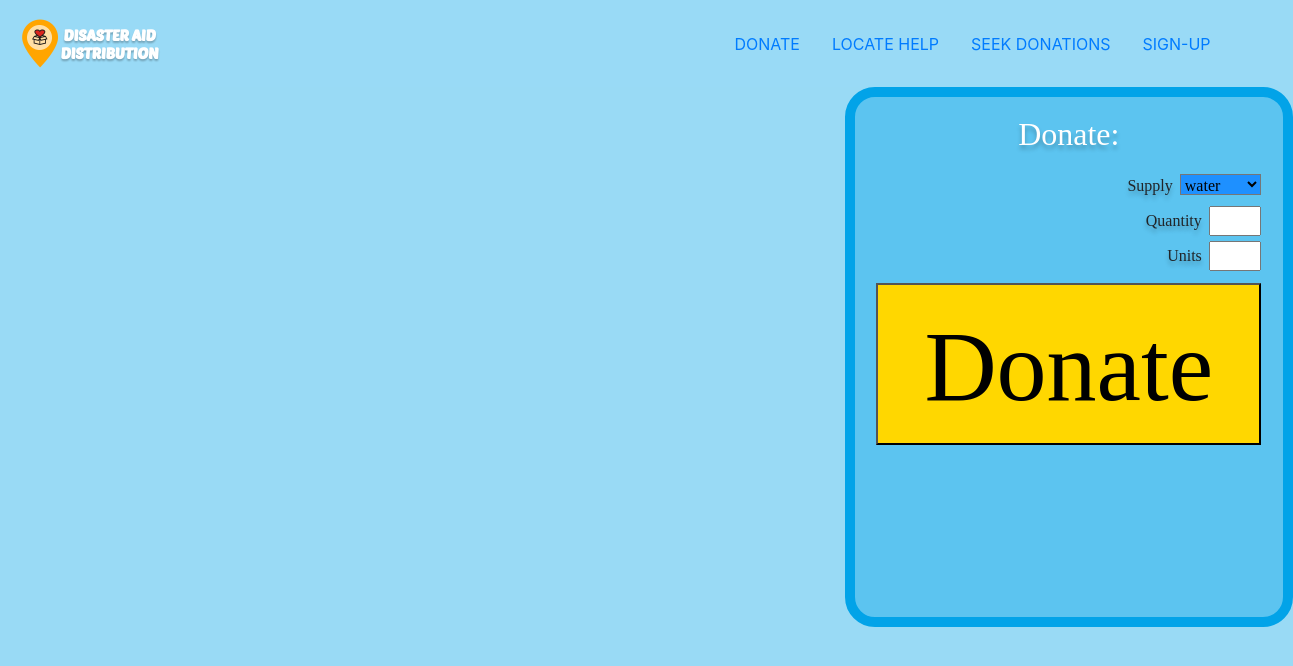
Repository: uprm-inso-4115-2019-2020-S2/semester-project-inso4115-DisasterAid-backend
Page: /donate-modal (app in disaster-aid/)
An editor plug-in stored every save of this project. The page is shown before and after the next save, followed by the edit.
The browser window is 1280 px wide. The page is 1293 px wide, then 1280 px, so the pictures cover 1293 px, including what lies to the right of the window. The pictures show the whole page.
The project was rebuilt for these pictures with package versions that can differ from the ones it lists, and the page was loaded fresh each time. Also part of the build but not shown: disaster-aid/angular.json, disaster-aid/src/app/login/login.component.ts, disaster-aid/src/app/register/register.component.ts, disaster-aid/src/app/home/home.component.ts, disaster-aid/src/app/landing-page/landing-page.component.ts, disaster-aid/src/app/donations/donations.component.ts, disaster-aid/src/app/donations.service.ts.

Above is the page before, as saved 2020-05-09 02:00:43.

### disaster-aid/src/index.html
<!doctype html>
<html lang="en">
<head>
  <meta charset="utf-8">
  <title>DisasterAid</title>
  <base href="/">
  <meta name="viewport" content="width=device-width, initial-scale=1">
  <link rel="icon" type="image/x-icon" href="favicon.ico">
</head>
<body>
  <app-root></app-root>
</body>
</html>

### disaster-aid/src/styles.css
/* You can add global styles to this file, and also import other style files */

html { background-color:rgba(2, 163, 232, 0.4); }

### disaster-aid/src/app/app.module.ts
import { BrowserModule } from '@angular/platform-browser';
import { NgModule } from '@angular/core';
import { FormsModule, ReactiveFormsModule } from '@angular/forms';



import { AppRoutingModule } from './app-routing.module';
import { AppComponent } from './app.component';
import { RegisterComponent } from './register/register.component';
import { LoginComponent } from './login/login.component';
import { HttpClientModule } from '@angular/common/http';
import { HomeComponent } from './home/home.component'
import { UserApiService } from './userapi.service';
import { LandingPageComponent } from './landing-page/landing-page.component';
import { DonationsComponent } from './donations/donations.component';
import { DonateModalComponent } from './donate-modal/donate-modal.component';


@NgModule({
  declarations: [
    AppComponent,
    RegisterComponent,
    LoginComponent,
    HomeComponent,
    LandingPageComponent,
    DonationsComponent,
    DonateModalComponent,
  ],
  imports: [
    BrowserModule,
    AppRoutingModule,
    FormsModule,
    ReactiveFormsModule,
    HttpClientModule
  ],
  providers: [UserApiService],
  bootstrap: [AppComponent]
})
export class AppModule { }

### disaster-aid/src/app/app-routing.module.ts
import { NgModule } from '@angular/core';
import { Routes, RouterModule } from '@angular/router';
import {LoginComponent} from './login/login.component';
import { RegisterComponent } from './register/register.component';
import { HomeComponent } from './home/home.component';
import { LandingPageComponent } from './landing-page/landing-page.component';
import { DonationsComponent } from './donations/donations.component';
import { DonateModalComponent} from './donate-modal/donate-modal.component';


const routes: Routes = [
  { path: '', redirectTo: '/landing_page', pathMatch: 'full'}, //Make home the default landing page
  { path: 'register', component: RegisterComponent},
  { path: 'login', component: LoginComponent },
  { path: 'home', component: HomeComponent},
  { path: 'landing_page', component: LandingPageComponent },
  { path: 'my-donations', component: DonationsComponent },
  { path: 'donate-modal', component: DonateModalComponent},

];

@NgModule({
  imports: [RouterModule.forRoot(routes)],
  exports: [RouterModule]
})
export class AppRoutingModule { }

### disaster-aid/src/app/app.component.ts
import { Component } from '@angular/core';

@Component({
  selector: 'app-root',
  templateUrl: './app.component.html',
  styleUrls: ['./app.component.css']
})
export class AppComponent {
  title = 'disaster-aid';
}

### disaster-aid/src/app/userapi.service.ts
import { Injectable } from '@angular/core';
import { HttpClient, HttpErrorResponse, HttpHeaders } from '@angular/common/http';
import { User } from './user';
import { Observable, throwError } from 'rxjs';
import { catchError } from 'rxjs/operators';


@Injectable({
  providedIn: 'root'
})
export class UserApiService {

  constructor(private httpClient:HttpClient) { }

  private _handleError(error: HttpErrorResponse | any) {
    let data = {};
                data = {
                    reason: error && error.error.reason ? error.error.reason : '',
                    status: error.status
                };
                console.error(data);
                return throwError(error);
  }

    public server:String = " http://localhost:5000/";

   public getUsers() : Observable<User[]> {
     return this.httpClient
     .get<User[]>(this.server + "DAD/users")
     .pipe(catchError (this._handleError));
   }

   public getUser(userID : String): Observable<User> {
    return this.httpClient
    .get<User>(this.server + `DAD/users/${userID}`)
    .pipe(catchError (this._handleError));
  }

  public createUser(user: User): Observable<any> {

    const httpOptions = {
      headers: new HttpHeaders ({
        'Content-Type':'application/json',
        'Accept': 'application/json'
      })
    };
    return this.httpClient
    .post(this.server + "DAD/users", user, httpOptions)
    .pipe(catchError (this._handleError));;
  }


}

### disaster-aid/src/app/donate-modal/donate-modal.component.ts
import { Component, OnInit } from '@angular/core';

@Component({
  selector: 'app-donate-modal',
  templateUrl: './donate-modal.component.html',
  styleUrls: ['./donate-modal.component.css']
})
export class DonateModalComponent implements OnInit {

  constructor() { }

  ngOnInit(): void {
  }

}

### disaster-aid/src/app/donate-modal/donate-modal.component.html
<nav class="navbar navbar-light" style="background-color: rgba(2, 163, 232, 0.4);">
    <a class="navbar-brand mr-1" href="#"><img src="/assets/DAD_logo.png" style="width: 50%;"></a>
    <ul class="nav navbar-justified navbar-right ml-auto" style="margin-right: 3%;">
        <li class="nav-item">
            <a class="nav-link menuItem" routerLink="/my-donations"  >DONATE</a>
        </li>
        <li class="nav-item">
            <a class="nav-link menuItem"  href="#">LOCATE HELP</a>
        </li>
        <li class="nav-item">
            <a class="nav-link menuItem" href="#">SEEK DONATIONS</a>
        </li>
        <li class="nav-item">
            <a class="nav-link menuItem"  routerLink="/register" routerLinkActive="active">SIGN-UP</a>
        </li>
    </ul>
</nav>

<div class="donateBox">
    <p style="font-size: xx-large; text-align: center; padding-top: 3%; color: white;">Donate:</p>
    <!-- <form [formGroup]="loginForm" (ngSubmit)="onSubmit(loginForm.value)"> -->
        <div style="text-align: right; padding-right: 22px;">
            <div>
                <label for="Supply" style="padding-right: 7px;">Supply</label>
                <select id="supply" name="supply" class="select">
                    <option value="water">water</option>
                    <option value="food">food</option>
                    <option value="medicine">medicine</option>
                    <option value="clothing">clothing</option>

                </select>
            </div>
            <div>
                <label for="quantity" style="padding-right: 7px;">Quantity</label>
                <input type="number" id="quantity" name="quantity" min="1" max="5">
            </div>
            <div>
                <label for="units" style="padding-right: 7px;">Units</label>
                <input type="number" id="quantity" name="quantity" min="1" max="5">
            </div>
        </div>

        <div style="text-align: center;  padding-top: 7px;">
            <button class="donateButton" type="submit">Donate</button>
        </div>
    <!-- </form> -->

    <!-- <div style="text-align: center; padding-top: 5px; font-size: large;">
        <label style="color: white; padding-right: 5px;">Don't have an account?</label>
        <a routerLink="/register" routerLinkActive="active" style="color:#FFBC40 ;">Sign up</a>
    </div> -->

</div>

### disaster-aid/src/app/donate-modal/donate-modal.component.css
.donateBox {
    position: absolute;
    width: 35%;
    height: 75%;
    left: 66%;
    /* right: 10%;
    top: 10%; */
    margin-right: 20%;
    background: rgba(2, 163, 232, 0.4);
    border: 10px solid #02A3E8;
    border-radius: 30px;
    font-family: 'Fredoka One', cursive;
    font-family: 'Gochi Hand', cursive;
    text-shadow: 0px 4px 4px rgba(0, 0, 0, 0.25);
}

.donateButton{
    text-align: center;
    padding-top: 7px;
    background: gold;
    width: 90%;
    font-size:100px
}

.select{
    background-color: dodgerblue;
    /* display: none; */
    position: relative;
    font-family: 'Gochi Hand', cursive;
}

Loaded but not shown: disaster-aid/src/main.ts (common file); disaster-aid/src/environments/environment.ts (common file); disaster-aid/src/app/app.component.html (common file); disaster-aid/src/app/app.component.css (no stored copy; drawn as an empty file)

After the next save:
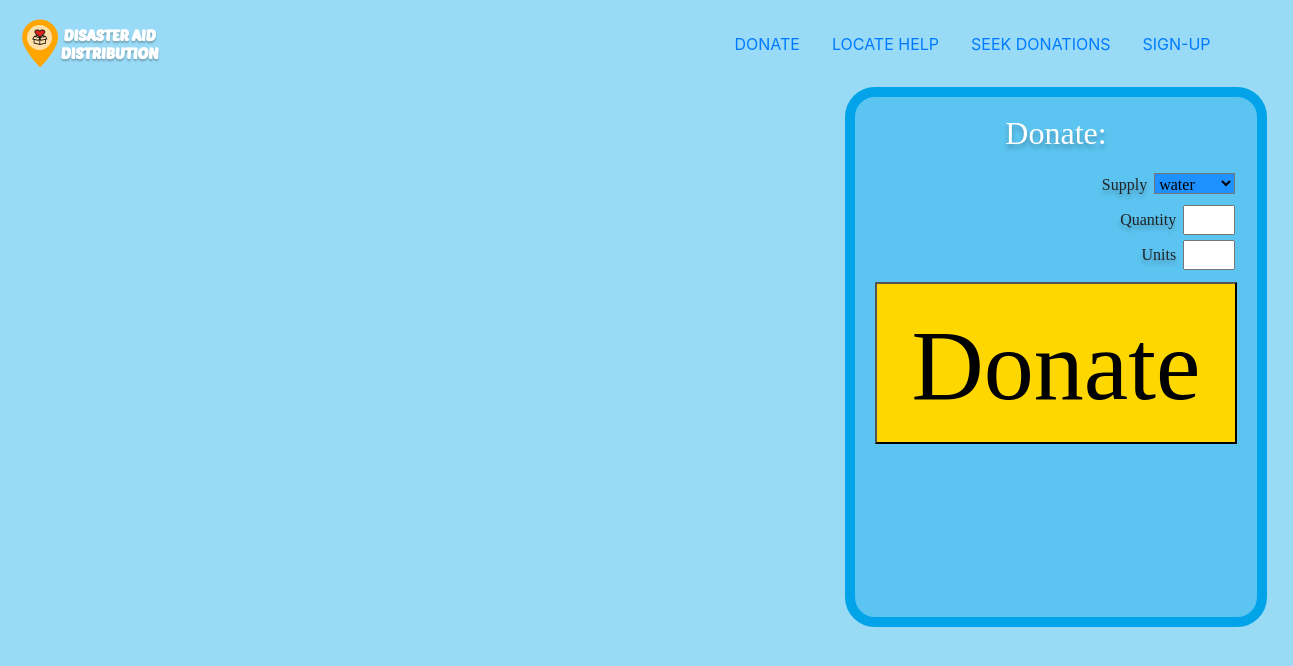
Saved 21 s later.
--- a/disaster-aid/src/app/donate-modal/donate-modal.component.css
+++ b/disaster-aid/src/app/donate-modal/donate-modal.component.css
@@ -1,11 +1,11 @@
 .donateBox {
     position: absolute;
-    width: 35%;
+    width: 33%;
     height: 75%;
     left: 66%;
     /* right: 10%;
     top: 10%; */
-    margin-right: 20%;
+
     background: rgba(2, 163, 232, 0.4);
     border: 10px solid #02A3E8;
     border-radius: 30px;
